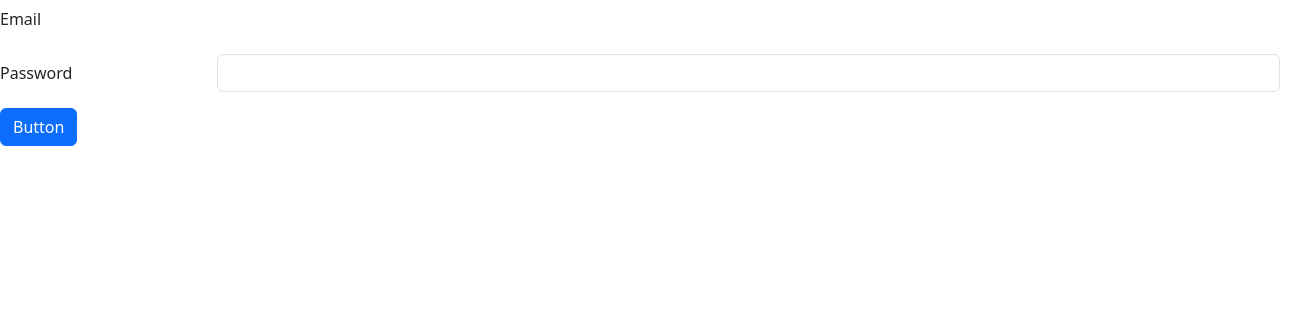
Repository: Anwithgowda/bank-app
Page: http://localhost/movie-book-app/home.jsp
An editor plug-in stored every save of this project. The page is shown before and after the next save, followed by the edit.
The browser window is 1280 px wide. The page is 1292 px wide, then 1280 px, so the pictures cover 1292 px, including what lies to the right of the window. The pictures show the whole page.
Some web libraries are served in a nearby version. The page is served by Tomcat 10. Other server files are loaded and not shown.

Above is the page before, as saved 2024-02-26 10:22:12.

### movieapp/movie-book-app/src/main/webapp/home.jsp
<%@ page language="java" contentType="text/html; charset=ISO-8859-1"
    pageEncoding="ISO-8859-1"%>
<!DOCTYPE html>
<html>
<head>
<meta charset="ISO-8859-1">
<title>Login page</title>
<link href="https://cdn.jsdelivr.net/npm/bootstrap@5.3.3/dist/css/bootstrap.min.css" rel="stylesheet" integrity="sha384-QWTKZyjpPEjISv5WaRU9OFeRpok6YctnYmDr5pNlyT2bRjXh0JMhjY6hW+ALEwIH" crossorigin="anonymous">
<script src="https://cdn.jsdelivr.net/npm/bootstrap@5.3.3/dist/js/bootstrap.bundle.min.js" integrity="sha384-YvpcrYf0tY3lHB60NNkmXc5s9fDVZLESaAA55NDzOxhy9GkcIdslK1eN7N6jIeHz" crossorigin="anonymous"></script>

</head>
<body>
    <form action="signin">
     <div class="mb-3 row">
    <label for="staticEmail" class="col-sm-2 col-form-label">Email</label>
    <div class="col-sm-10">
      <input type="text"  class="form-control-plaintext" id="staticEmail" name="userid">
    </div>
  </div>
  <div class="mb-3 row">
    <label for="inputPassword" class="col-sm-2 col-form-label" name="password">Password</label>
    <div class="col-sm-10">
      <input type="password" class="form-control" id="inputPassword">
    </div>
  </div>
  <button class="btn btn-primary" type="submit">Button</button>
  </form>
</body>
</html>

After the next save:
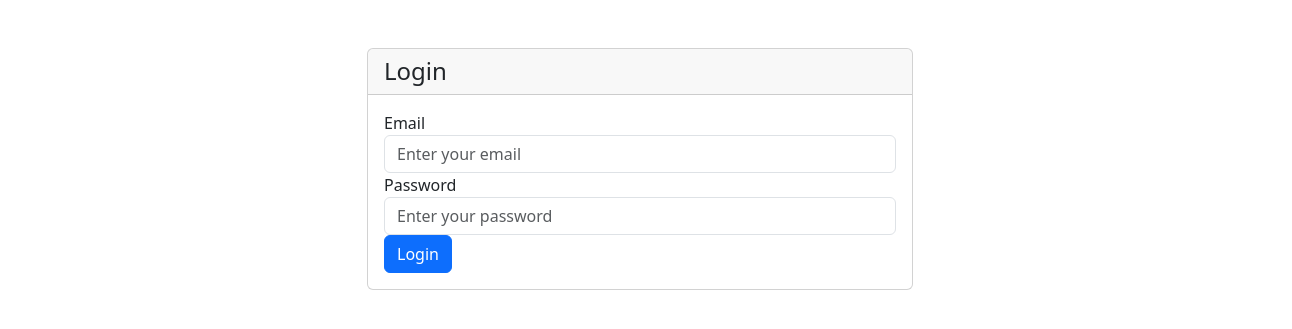
Saved 4 min 53 s later.
--- a/movieapp/movie-book-app/src/main/webapp/home.jsp
+++ b/movieapp/movie-book-app/src/main/webapp/home.jsp
@@ -11,19 +11,35 @@
 </head>
 <body>
     <form action="signin">
-     <div class="mb-3 row">
-    <label for="staticEmail" class="col-sm-2 col-form-label">Email</label>
-    <div class="col-sm-10">
-      <input type="text"  class="form-control-plaintext" id="staticEmail" name="userid">
+     <div class="container mt-5">
+        <div class="row justify-content-center">
+            <div class="col-md-6">
+                <div class="card">
+                    <div class="card-header">
+                        <h4 class="mb-0">Login</h4>
+                    </div>
+                    <div class="card-body">
+                        <form action="signin" method="post">
+                            <div class="form-group">
+                                <label for="staticEmail">Email</label>
+                                <input type="text" class="form-control" id="staticEmail" name="userid" placeholder="Enter your email">
+                            </div>
+                            <div class="form-group">
+                                <label for="inputPassword">Password</label>
+                                <input type="password" class="form-control" id="inputPassword" name="password" placeholder="Enter your password">
+                            </div>
+                            <button type="submit" class="btn btn-primary">Login</button>
+                        </form>
+                    </div>
+                </div>
+            </div>
+        </div>
     </div>
-  </div>
-  <div class="mb-3 row">
-    <label for="inputPassword" class="col-sm-2 col-form-label" name="password">Password</label>
-    <div class="col-sm-10">
-      <input type="password" class="form-control" id="inputPassword">
-    </div>
-  </div>
-  <button class="btn btn-primary" type="submit">Button</button>
-  </form>
+
+</form>
+    <!-- Bootstrap JS and Popper.js -->
+    <script src="https://code.jquery.com/jquery-3.5.1.slim.min.js"></script>
+    <script src="https://cdn.jsdelivr.net/npm/@popperjs/core@2.10.2/dist/umd/popper.min.js"></script>
+    <script src="https://maxcdn.bootstrapcdn.com/bootstrap/4.5.2/js/bootstrap.min.js"></script>
 </body>
 </html>
